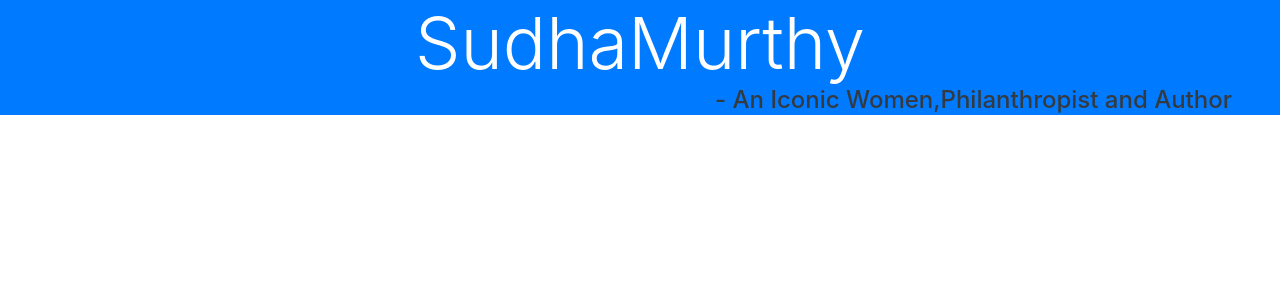
Repository: sumanthr18/RoleModel
Page: index.html
The author's editor kept a copy of each file at every save. The page is drawn from the files as they stood at one save, then again after the next save.
The browser window is 1280 px wide. The pictures show the whole page.

Above is the page before, as saved 2020-03-14 14:25:56.

After the next save:
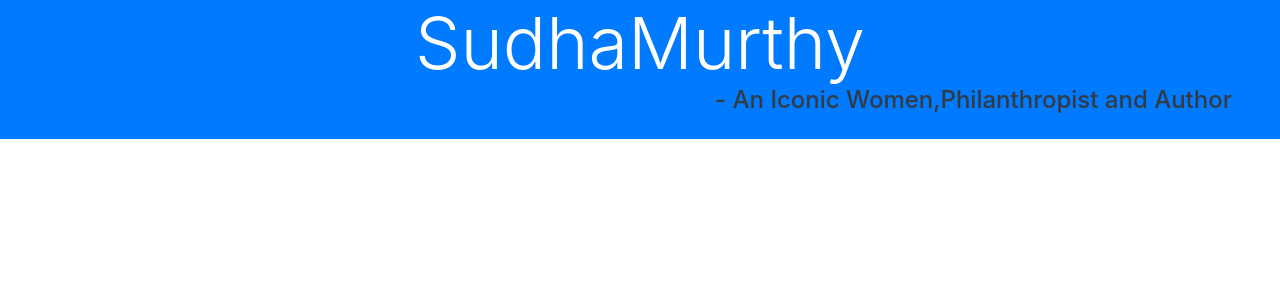
Saved 30 s later.
--- a/index.html
+++ b/index.html
@@ -7,9 +7,9 @@
     <link rel="stylesheet" href="https://stackpath.bootstrapcdn.com/bootstrap/4.4.1/css/bootstrap.min.css" integrity="sha384-Vkoo8x4CGsO3+Hhxv8T/Q5PaXtkKtu6ug5TOeNV6gBiFeWPGFN9MuhOf23Q9Ifjh" crossorigin="anonymous">
 </head>
 <body>
-    <header class="bg-primary ">
+    <header class="bg-primary pb-3">
         <h1 class="display-3 text-center my-0 text-white ">SudhaMurthy</h1>
-        <h4 class="text-right mr-5 text-dark mb-3">- An Iconic Women,Philanthropist and Author</h4>
+        <h4 class="text-right mr-5 text-dark">- An Iconic Women,Philanthropist and Author</h4>
     </header>
 </body>
 </html>
